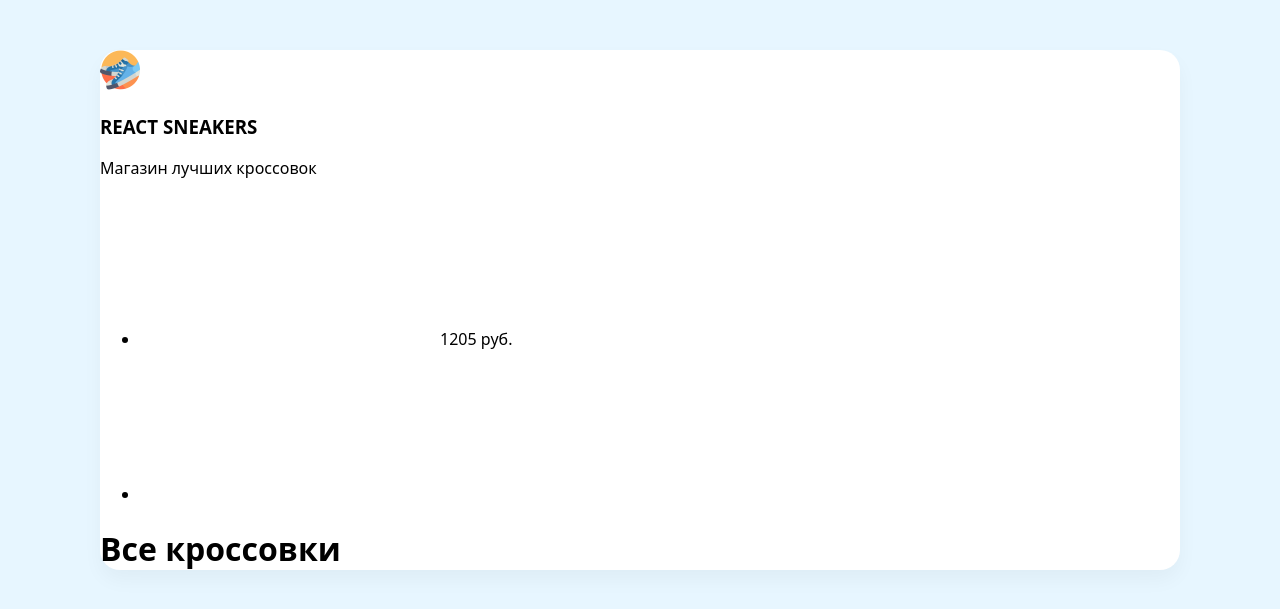
Repository: VaheHarutyunyan/react-sneakers
Page: /
The author's editor kept a copy of each file at every save. The page is drawn from the files as they stood at one save, then again after the next save.
The browser window is 1280 px wide. The pictures show the whole page.
The project was rebuilt for these pictures with package versions that can differ from the ones it lists, and the page was loaded fresh each time.

Above is the page before, as saved 2021-07-22 12:07:44.

After the next save:
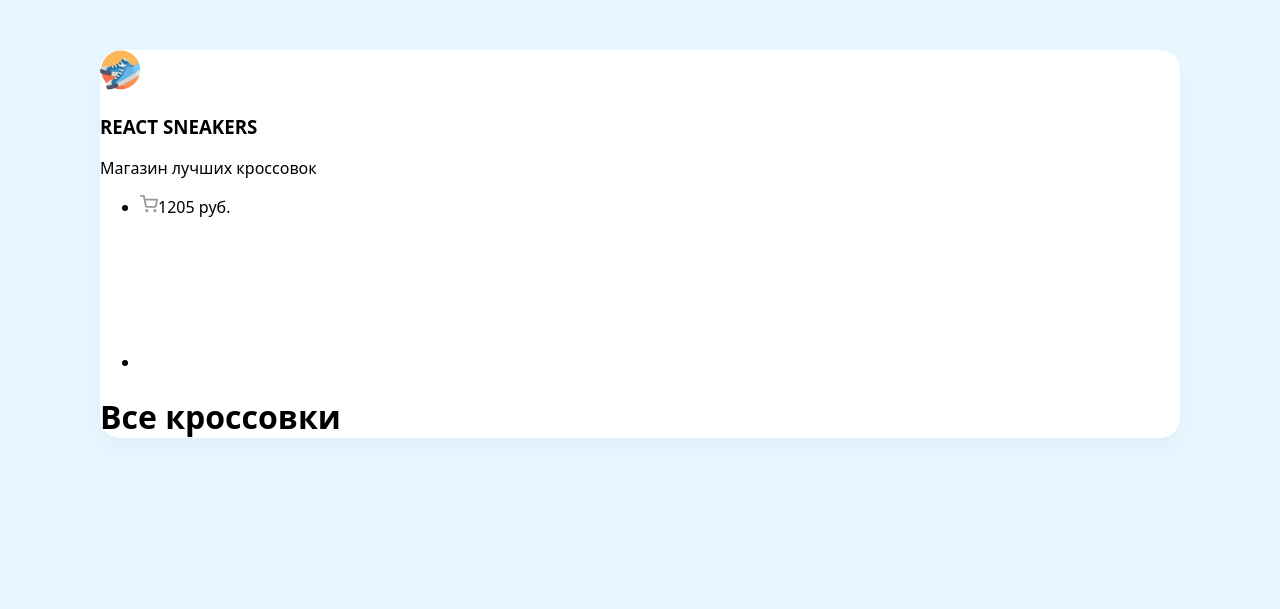
Saved 4 min 43 s later.
--- a/src/App.js
+++ b/src/App.js
@@ -12,7 +12,7 @@
         </div>
         <ul className="headerRight">
           <li>
-            <svg />
+            <img src="/img/cart.svg" width={18} height={18} alt="" />
             <span>1205 руб.</span>
           </li>
           <li>
